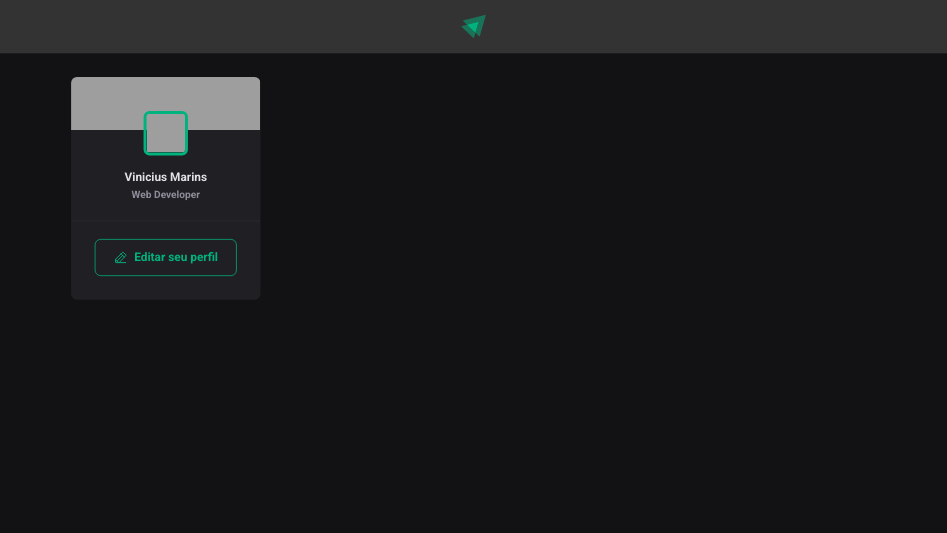
Repository: viniimartins/reactFundamentosRocketseat
Page: /
These files come from the project's save history. The page is drawn as it stood at one moment and after the next save; the edit follows.
The browser window is 1280 px wide. The pictures show the whole page, at 74% of full size.
Pictures or frames that could not be fetched are drawn as grey boxes. The project was rebuilt for these pictures with package versions that can differ from the ones it lists, and the page was loaded fresh each time. Also part of the build but not shown: vite.config.js.

Above is the page before, as saved 2023-05-02 13:01:44.

After the next save:
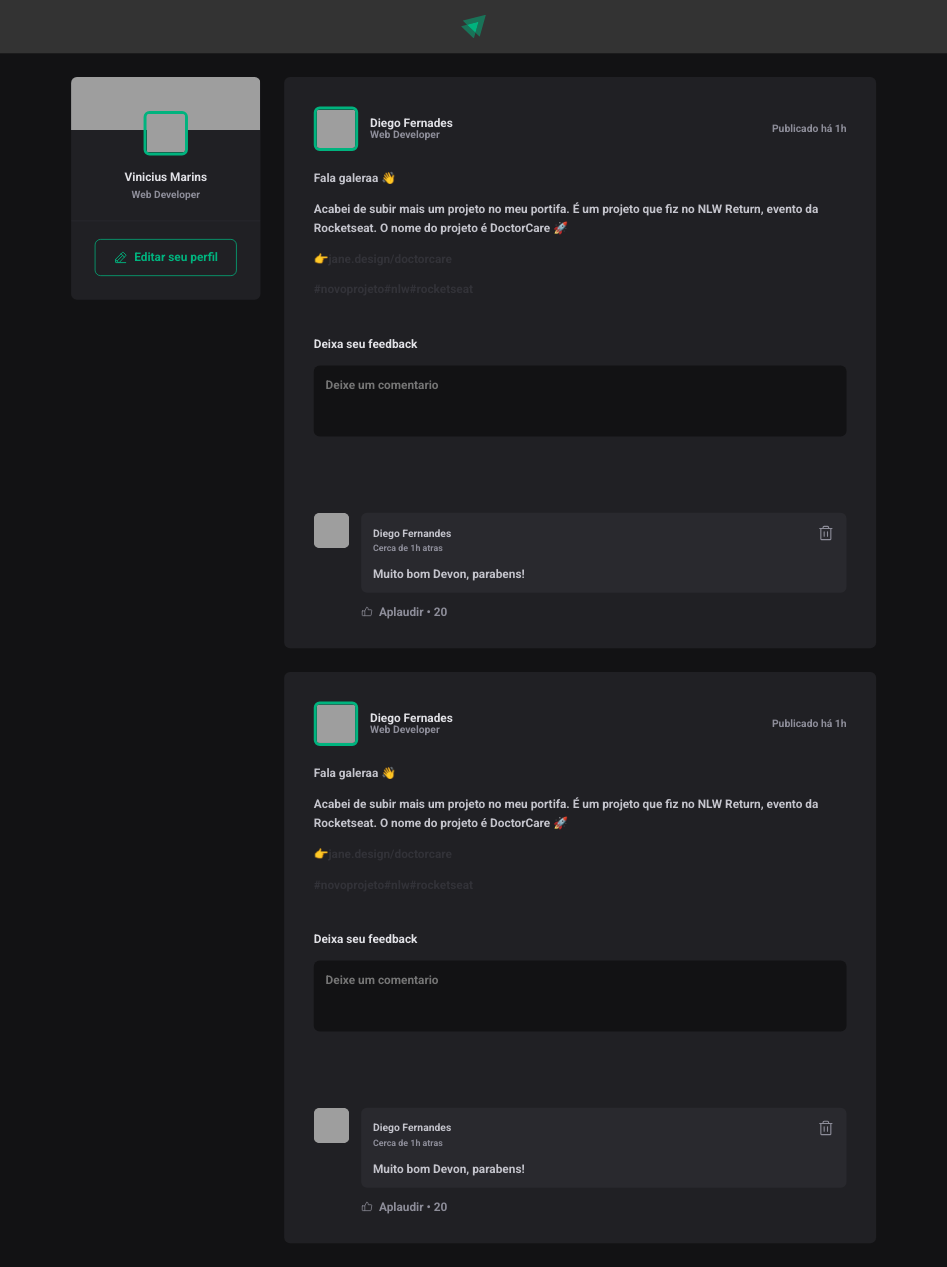
Saved 2 min 39 s later.
--- a/src/App.jsx
+++ b/src/App.jsx
@@ -54,8 +54,8 @@ function App() {
         <div className={styles.wrapper}>
           <Sidebar />
           <main>
-              {posts.forEach(post => {
-                  <Post />
+              {posts.map(post => {
+                  return <Post />
               })}
           </main>
         </div>
